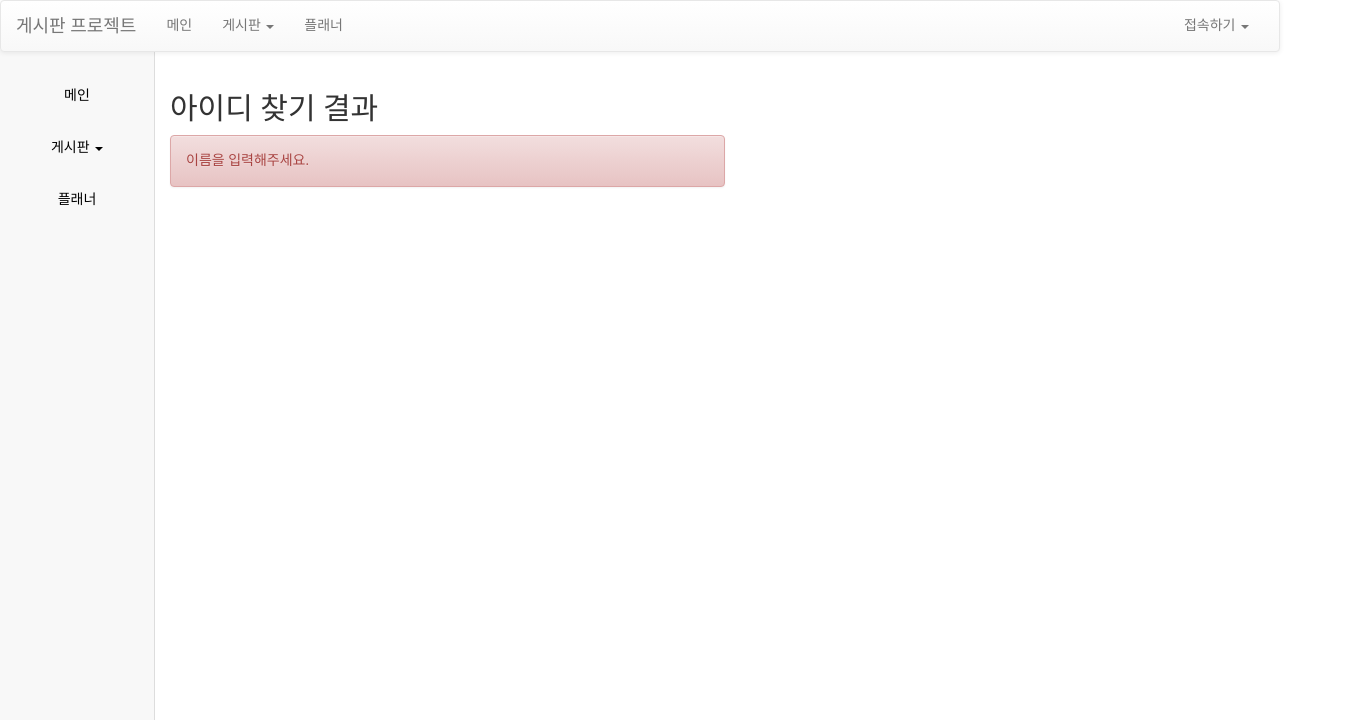
Repository: Seok7975/Project_PlannerSharingBoard
Page: http://localhost/ToDoList공유_게시판_ver3/id/findIdAction.jsp
These files come from the project's save history. The page is drawn as it stood at one moment and after the next save; the edit follows.
The browser window is 1280 px wide. The page is 1325 px wide, then 1370 px, then 1325 px, so the pictures cover 1370 px, including what lies to the right of the window. The pictures show the whole page.
Some web fonts or font styles are not loaded; a fallback is used. Some web libraries are served in a nearby version. The page is served by Tomcat 9.

Above is the page before, as saved 2024-07-05 08:34:42.

After the next save:
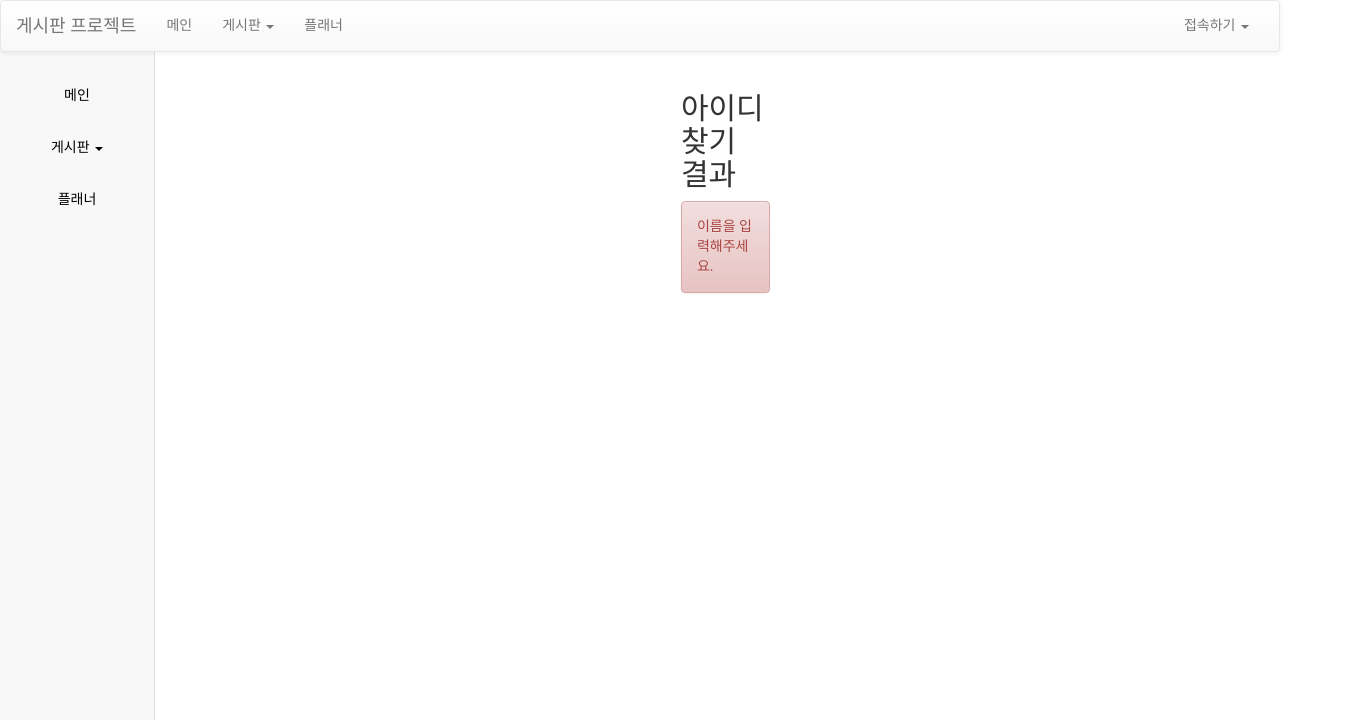
Saved 21 s later.
--- a/List_Projects_ver3/ToDoList공유 게시판_ver3/src/main/webapp/id/showUserID.jsp
+++ b/List_Projects_ver3/ToDoList공유 게시판_ver3/src/main/webapp/id/showUserID.jsp
@@ -18,7 +18,12 @@
     <title>아이디 찾기 결과</title>
     <style>
 
-
+    .main-content {
+    display: flex;
+    justify-content: center;
+    align-items: center;
+    margin-left: 200px; /* Adjust according to sidebar width */
+}
     	/* 작은 화면일 때 스타일 조정 */
 @media (max-width: 767px) {
     .main-content {

After the 2 saves that followed:
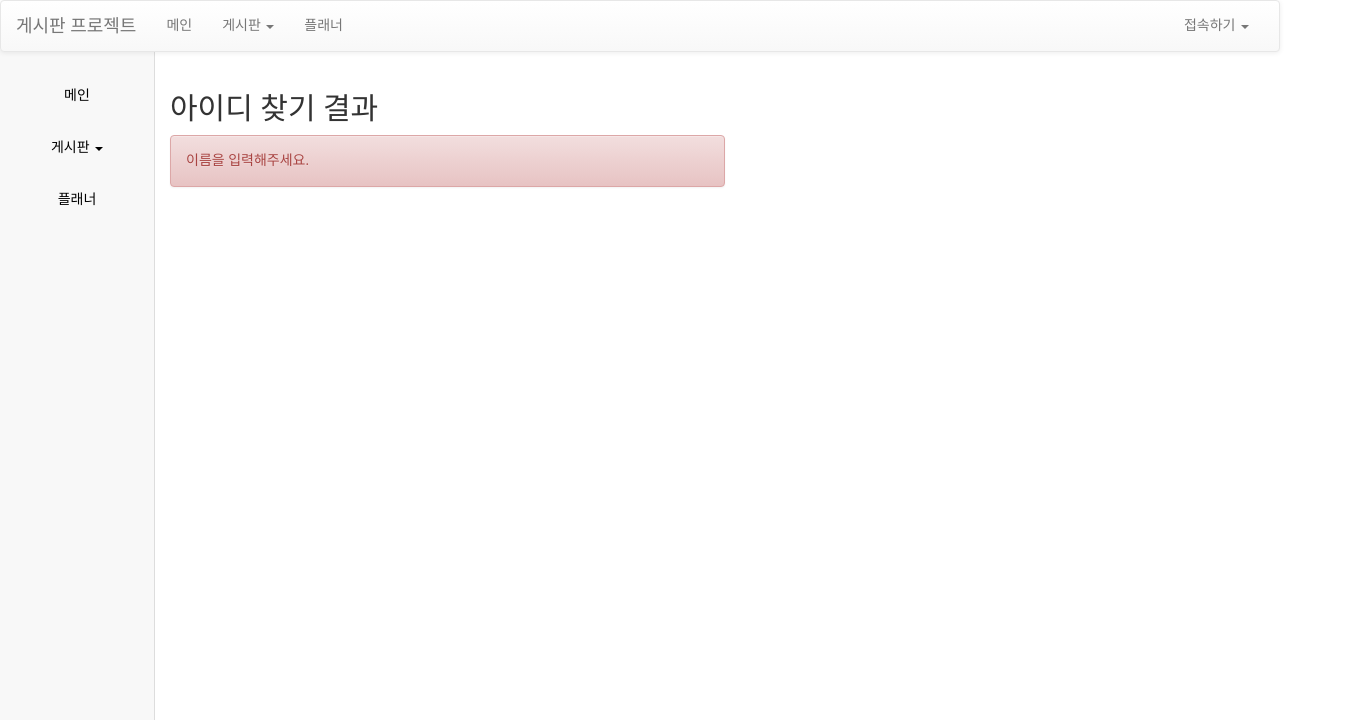
The 2 saves are shown as one change because 1 left the picture as it was.
The last was saved 96 s later.
--- a/List_Projects_ver3/ToDoList공유 게시판_ver3/src/main/webapp/id/showUserID.jsp
+++ b/List_Projects_ver3/ToDoList공유 게시판_ver3/src/main/webapp/id/showUserID.jsp
@@ -18,12 +18,12 @@
     <title>아이디 찾기 결과</title>
     <style>
 
-    .main-content {
+/*     .main-content {
     display: flex;
     justify-content: center;
     align-items: center;
     margin-left: 200px; /* Adjust according to sidebar width */
-}
+} */
     	/* 작은 화면일 때 스타일 조정 */
 @media (max-width: 767px) {
     .main-content {
--- a/List_Projects_ver3/ToDoList공유 게시판_ver3/src/main/webapp/css/idStyle.css
+++ b/List_Projects_ver3/ToDoList공유 게시판_ver3/src/main/webapp/css/idStyle.css
@@ -38,6 +38,7 @@
 .main-content {
     margin-left: 155px; /* 기본 사이드바 너비만큼 마진 */
     transition: margin-left 0.3s;
+    align-items: center;
 }
 
 /* 작은 화면에서 메인 콘텐츠 마진 조정 */
